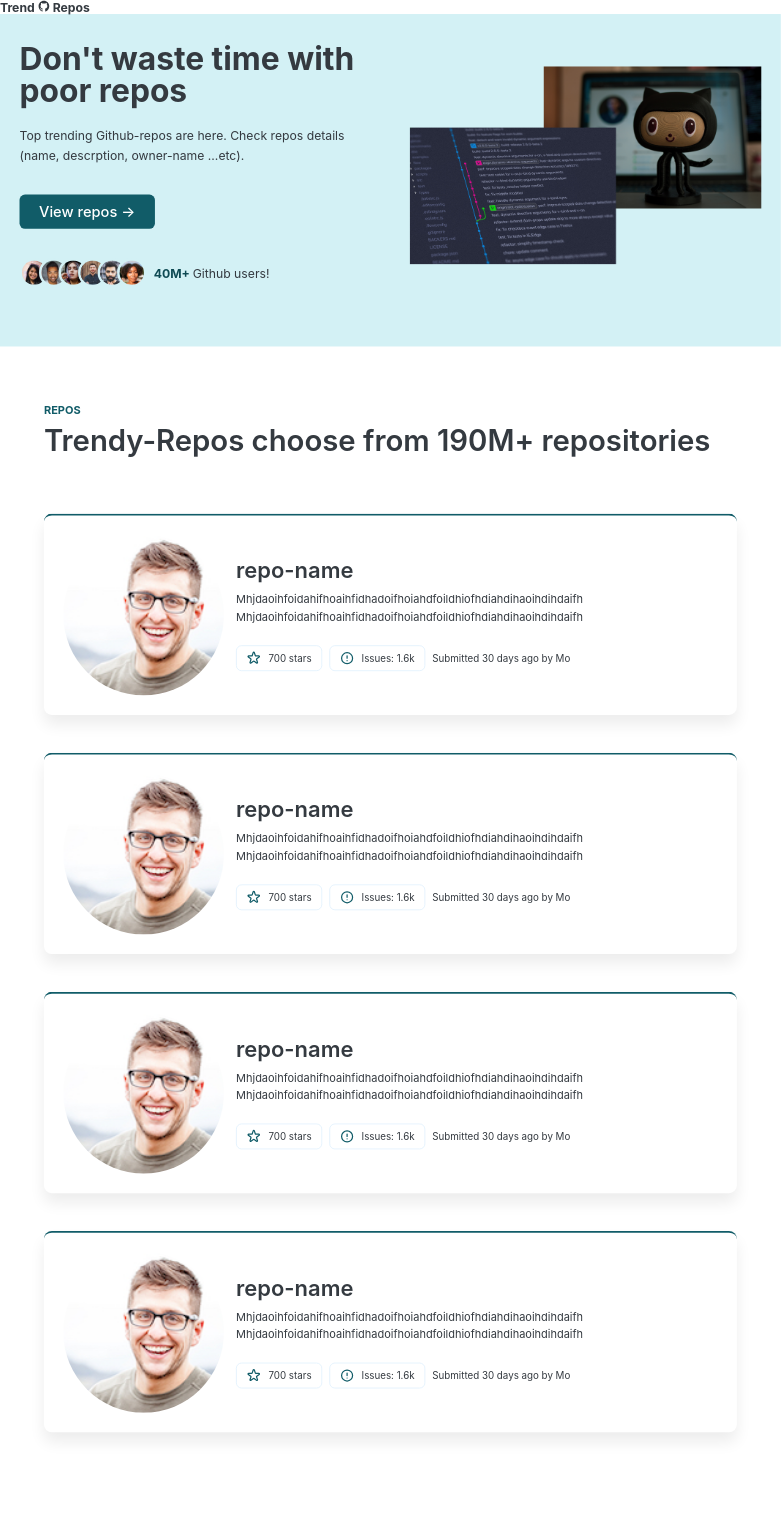
Repository: MoRamdan11/Trending-repos-challenge
Page: /
These files come from the project's save history. The page is drawn as it stood at one moment and after the next save; the edit follows.
The browser window is 1280 px wide. The pictures show the whole page, at 61% of full size.
Some web libraries are served in a nearby version. The project was rebuilt for these pictures with package versions that can differ from the ones it lists, and the page was loaded fresh each time. Also part of the build but not shown: src/App.css, src/components/test.js, src/components/Navbar/navbar.css.

Above is the page before, as saved 2021-09-02 01:51:00.

After the next save:
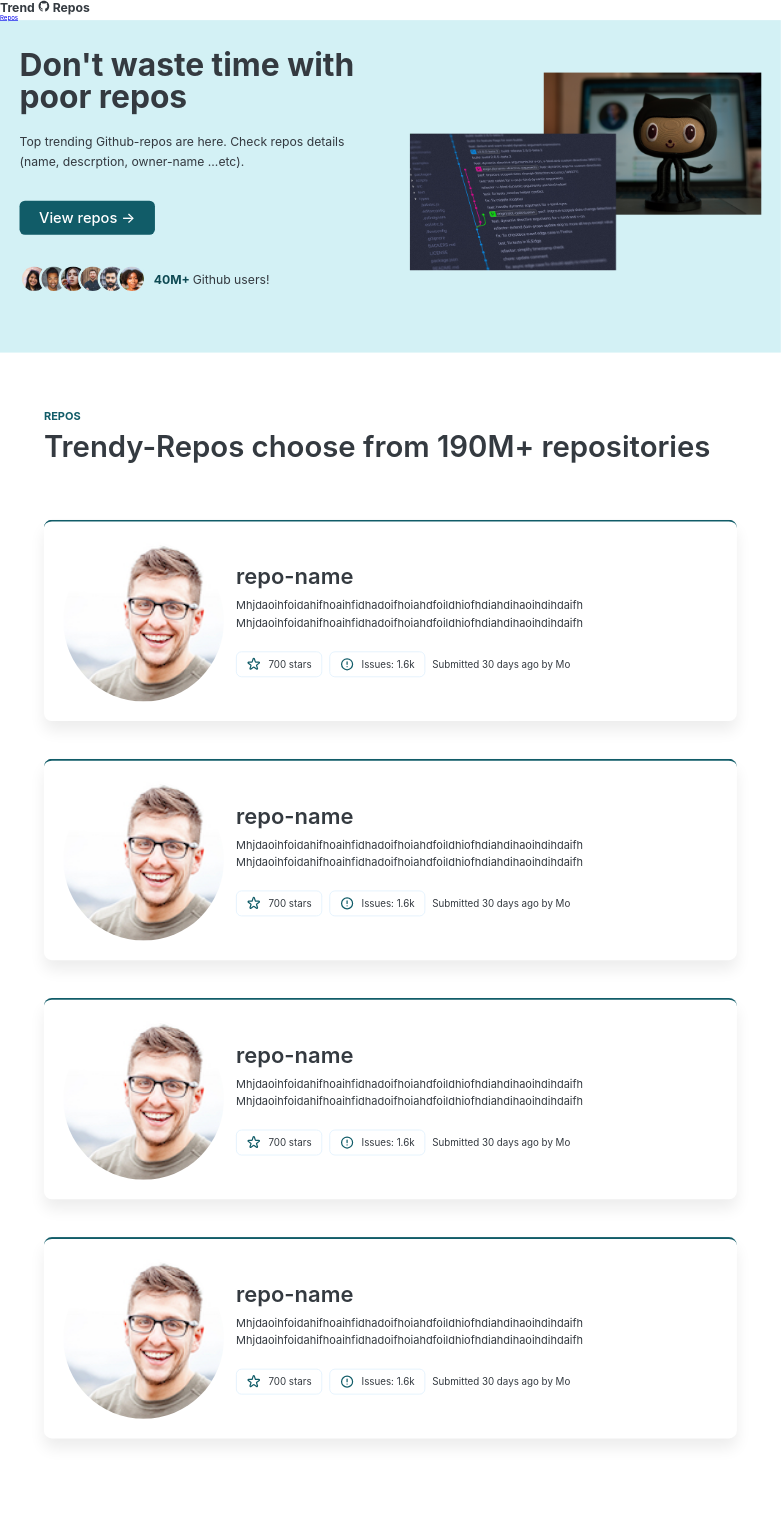
Saved 5 min 40 s later.
--- a/src/components/Navbar/navbar.js
+++ b/src/components/Navbar/navbar.js
@@ -7,6 +7,7 @@
       <h1>
         Trend <ion-icon name="logo-github"></ion-icon> Repos
       </h1>
+      <a href="#">Repos</a>
     </header>
   );
 };
